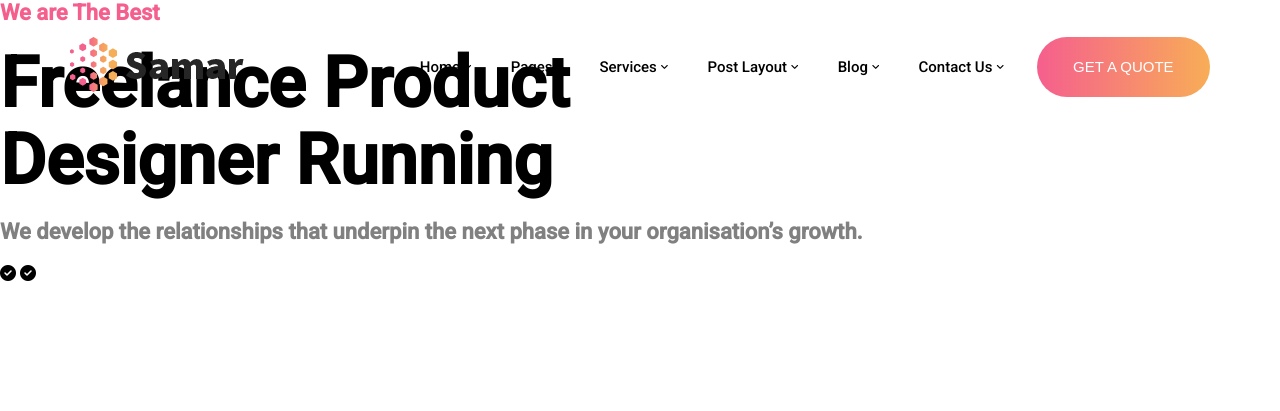
Repository: truongcongtrung2709/truongcongtrung__samar
Page: index.html
The author's editor kept a copy of each file at every save. The page is drawn from the files as they stood at one save, then again after the next save.
The browser window is 1280 px wide. The pictures show the whole page.
Some web libraries are served in a nearby version.

Above is the page before, as saved 2022-06-22 20:50:50.

### index.html
<!DOCTYPE html>
<html lang="en">

<head>
  <meta charset="UTF-8">
  <meta http-equiv="X-UA-Compatible" content="IE=edge">
  <meta name="viewport" content="width=device-width, initial-scale=1.0">
  <title>Samar</title>
  <link rel="stylesheet" href="style.css">
  <link rel="stylesheet" href="https://cdnjs.cloudflare.com/ajax/libs/font-awesome/6.1.1/css/all.min.css"
    integrity="sha512-KfkfwYDsLkIlwQp6LFnl8zNdLGxu9YAA1QvwINks4PhcElQSvqcyVLLD9aMhXd13uQjoXtEKNosOWaZqXgel0g=="
    crossorigin="anonymous" referrerpolicy="no-referrer" />
  <link rel="preconnect" href="https://fonts.googleapis.com">
  <link rel="preconnect" href="https://fonts.gstatic.com" crossorigin>
  <link href="https://fonts.googleapis.com/css2?family=Oswald:wght@200&family=Roboto:wght@500&display=swap"
    rel="stylesheet">
</head>

<body>
  <header>
    <div class="container">
      <div class="header__content">
        <div class="logo">
          <a href=""><img src="./images/logo-2.png" alt=""></a>
        </div>
        <div class="menu">
          <ul>
            <li><a href=""><span>Home</span> <i class="fa-solid fa-angle-down"></i></a></li>
            <li><a href="">
                <span>Pages</span><i class="fa-solid fa-angle-down"></i></a></li>
            <li><a href=""><span>Services</span> <i class="fa-solid fa-angle-down"></i></a></li>
            <li><a href=""><span>Post Layout</span> <i class="fa-solid fa-angle-down"></i></a></li>
            <li><a href=""><span>Blog</span> <i class="fa-solid fa-angle-down"></i></a></li>
            <li><a href=""><span>Contact Us</span> <i class="fa-solid fa-angle-down"></i></a></li>
          </ul>
          <div class="">
            <button class="linear-gradient-btn">GET A QUOTE</button>
          </div>

        </div>
      </div>
    </div>
  </header>
  <section id="intro">
    <div class="container">
      <div class="intro__content">
        <div class="intro__left">
          <p>We are The Best</p>
          <h1>Freelance Product<br>Designer Running</h1>
          <p class="text__gray">We develop the relationships that underpin the next phase in your
            organisation’s growth.</p>
          <i class="fa-solid fa-circle-check"></i>
          <i class="fa-solid fa-circle-check"></i>
        </div>
        <div class="intro-right">

        </div>
      </div>
    </div>
  </section>
</body>

</html>

### style.css
*{
  padding: 0;
  margin: 0;
  box-sizing: border-box;

}
body{
  position: relative;
  font-family: Roboto,sans-serif;
}
h1{
  font-size: 70px;
    line-height: 1.1;
    font-weight: 800;
    color: black;
    margin-bottom: 20px;
}
p{
  font-weight: 600;
  font-size: 22px;
  margin-bottom: 20px;
  color: #f55f8d;
}
.text__gray{
  font-size: 22px;
  margin-bottom: 20px;
  color:gray !important;
}
.linear-gradient-btn{
  padding: 20px 35px;
  font-size:15px;
  border-radius: 30px;
  border: 1px solid transparent;
  color: white;
  background-image:linear-gradient(to right,#f55f8d 0,#f8ae56 51%,#f55f8d 100%);
  transition: all .5s ;
  cursor: pointer;
  line-height: 1.2;
  background-size: 200%;
  outline: none;
  }
.linear-gradient-btn:hover{
    background-position: right center;
}
/* ----------------------Header---------------------- */
header{
    position: absolute;
    width: 100%;
    top: 0;
    left: 0;
}
header .container{
  width: 89%;
  margin: 0 auto;
}
header .container .header__content{
    display: flex;
    justify-content: space-between;
    align-items: center;
}
.menu{
  display:flex;
  align-items: center;
}
.menu ul{
    display: flex;
    list-style: none;
}
.menu ul li{
  padding: 57px 6px;
}
.menu ul li a{
  text-decoration: none;
  color: black;
  font-size: 15px;
  margin-right:27px;
  font-weight: 500;
}
.menu ul li a span{
  display:inline-block;
}
.menu ul li:hover i{
  color:#f55f8d;
}
.menu ul li:hover span{
  color:#f55f8d;
  animation:upDown .3s forwards;
}
@keyframes upDown {
  60%{
    transform: translateY(20px);
  }
  70%{
    opacity: 0;
    transform: translateY(-20px);
  }
  80%{
    opacity: 1;
  }
}
.menu ul i{
  font-size: 9px;
    margin-top: -3px;
    vertical-align: middle;
}
/* ----------Intro---------- */

After the next save:
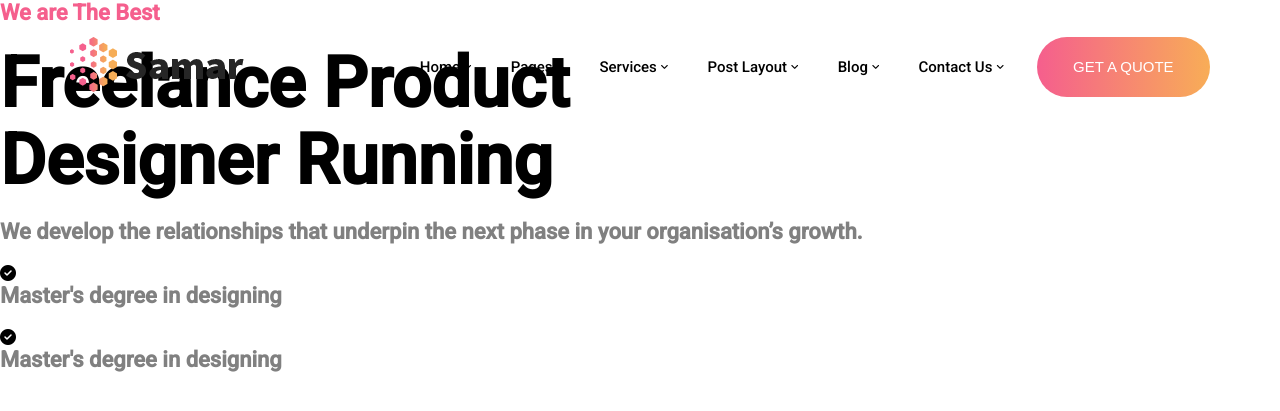
Saved 67 s later.
--- a/index.html
+++ b/index.html
@@ -49,8 +49,17 @@
           <h1>Freelance Product<br>Designer Running</h1>
           <p class="text__gray">We develop the relationships that underpin the next phase in your
             organisation’s growth.</p>
-          <i class="fa-solid fa-circle-check"></i>
-          <i class="fa-solid fa-circle-check"></i>
+          <ul>
+            <li>
+              <i class="fa-solid fa-circle-check"></i>
+              <p class="text__gray">Master's degree in designing</p>
+            </li>
+            <li>
+              <i class="fa-solid fa-circle-check"></i>
+              <p class="text__gray">Master's degree in designing</p>
+            </li>
+          </ul>
+
         </div>
         <div class="intro-right">
 
